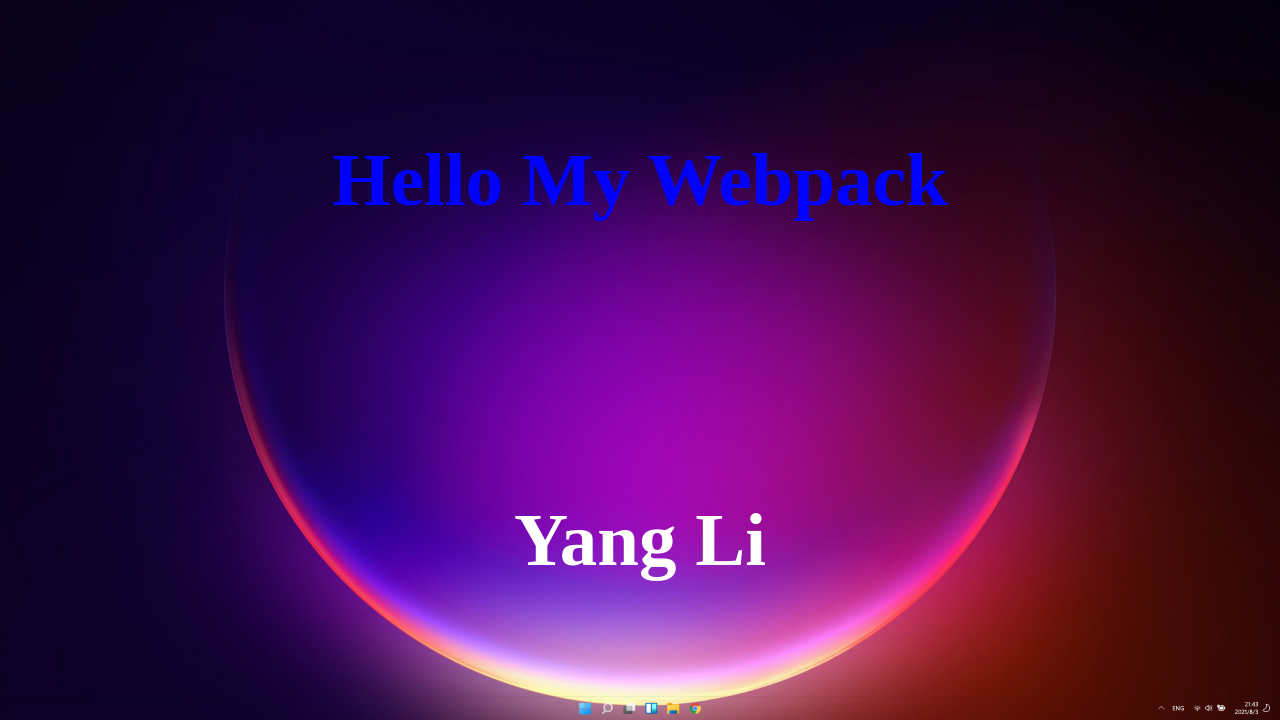
Repository: ErosHai/Home
Page: / (app in vscode/webpack/)
These files come from the project's save history. The page is drawn as it stood at one moment and after the next save; the edit follows.
The browser window is 1280 px wide. The pictures show the whole page.
The project was rebuilt for these pictures with package versions that can differ from the ones it lists, and the page was loaded fresh each time. Also part of the build but not shown: vscode/webpack/webpack.config.js.

Above is the page before, as saved 2021-08-31 19:17:22.

### vscode/webpack/index.html
<!DOCTYPE html>
<html lang="en">
<head>
  <meta charset="UTF-8">
  <meta http-equiv="X-UA-Compatible" content="IE=edge">
  <meta name="viewport" content="width=device-width, initial-scale=1.0">
  <title>Webpack</title>
</head>
<body>

  <div id="app"></div>

   <!-- webpack 模块化打包工具 -->
  <script src="./dist/bundle.js"></script>

</body>
</html>

### vscode/webpack/main.js
const { default: Vue } = require('vue');
const {name, sum} = require('./src/js/bbb.js')

console.log(name);
console.log(sum(265,23));

require('./src/css/normal.css')

require('./src/css/less.less')

require('./src/img/windows11.png')

// import App from './src/vue/app.js';
import App from './src/vue/app.vue'

const vm = new Vue({
  el:'#app',
  template:'<App />',
  components:{
    App
  }
})

### vscode/webpack/src/vue/app.vue
<template>
  <div>
      <h2 class="title"> {{ msg }}</h2>
      <h2> {{ name }}</h2>
  </div>
</template>

<script>
 export default{
    name:'app',
    data(){
      return {
        msg: 'Hello My Webpack',
        name: 'Yang Li'
      }
  }
 }
</script>

<style scope>
  .title{
    color: blue;
  }
</style>

### vscode/webpack/src/js/bbb.js
let name = 'xiaoming';

function sum(num1, num2) {
  return num1 + num2
}


export {
  name,
  sum
}

export class Person {
  run(){
    console.log('run');
  }
}

export function ins(num1,num2) {
  return num1 * num2
}

const address = '杭州市'
export default address

### vscode/webpack/src/css/normal.css
*{
  margin: 0;
  padding: 0;
}

body{
  background-color: aqua;
}

### vscode/webpack/src/css/less.less
@fontSize: 50px;
@fontColor: #fff;

body {
  font-size: @fontSize;
  color: @fontColor;
  text-align: center;
  line-height: 50vh;
  margin: 0 auto;
  background: url('../img/windows11.png')  no-repeat;
  background-size : cover;
  height: 100vh;
}

After the next save:
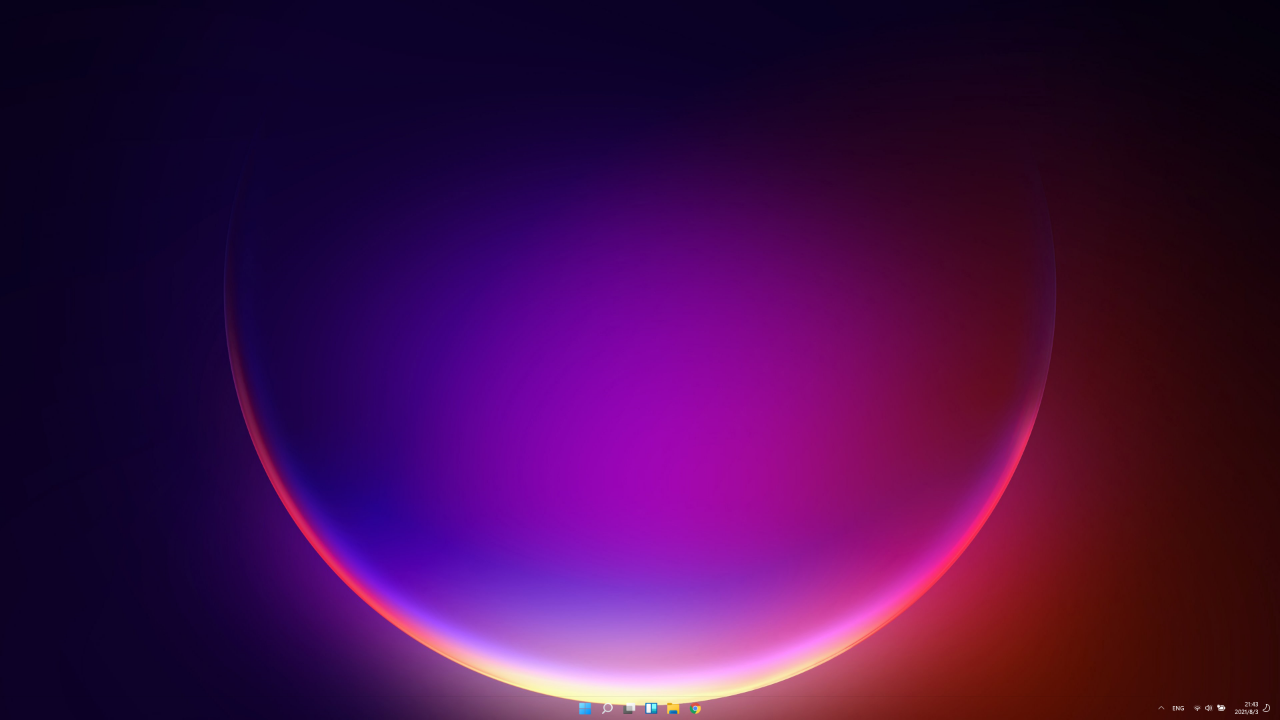
Saved 2 min 15 s later.
--- a/vscode/webpack/index.html
+++ b/vscode/webpack/index.html
@@ -8,7 +8,6 @@
 </head>
 <body>
 
-  <div id="app"></div>
 
    <!-- webpack 模块化打包工具 -->
   <script src="./dist/bundle.js"></script>

After the 3 saves that followed:
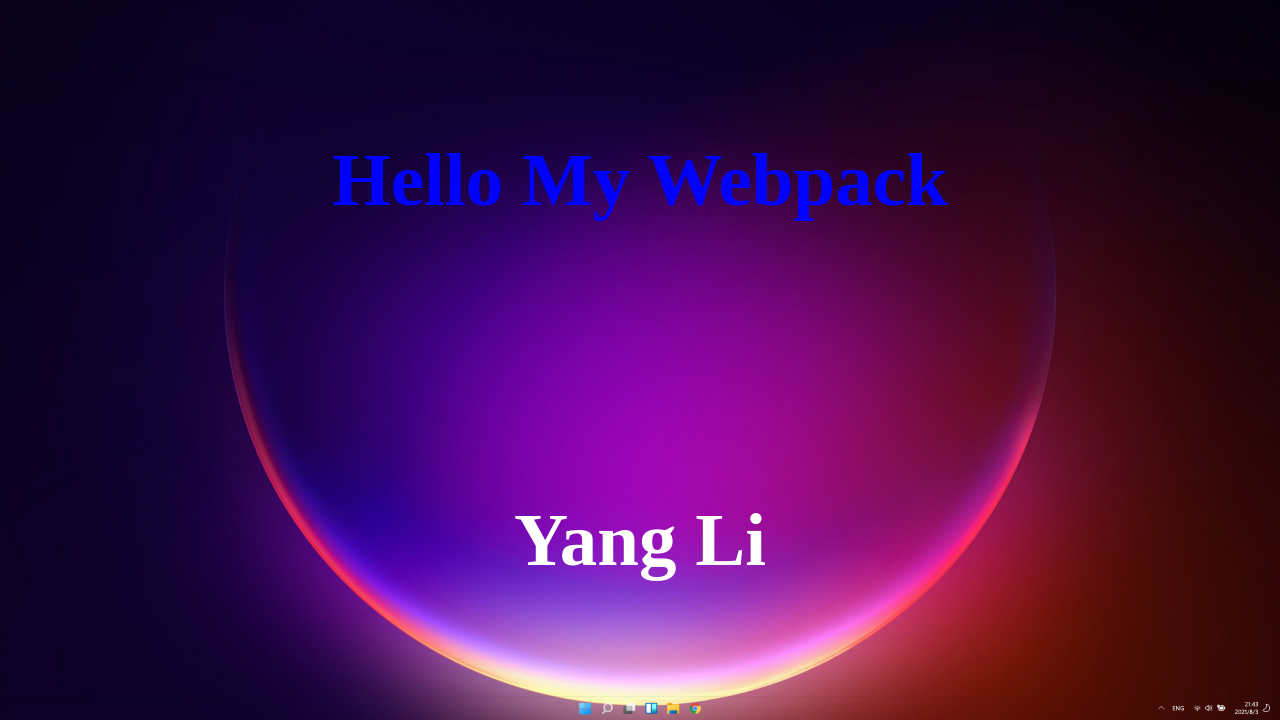
The 3 saves are shown as one change because 2 left the picture as it was.
The last was saved 84 s later.
--- a/vscode/webpack/index.html
+++ b/vscode/webpack/index.html
@@ -8,6 +8,7 @@
 </head>
 <body>
 
+  <div id="app"></div>
 
    <!-- webpack 模块化打包工具 -->
   <script src="./dist/bundle.js"></script>
